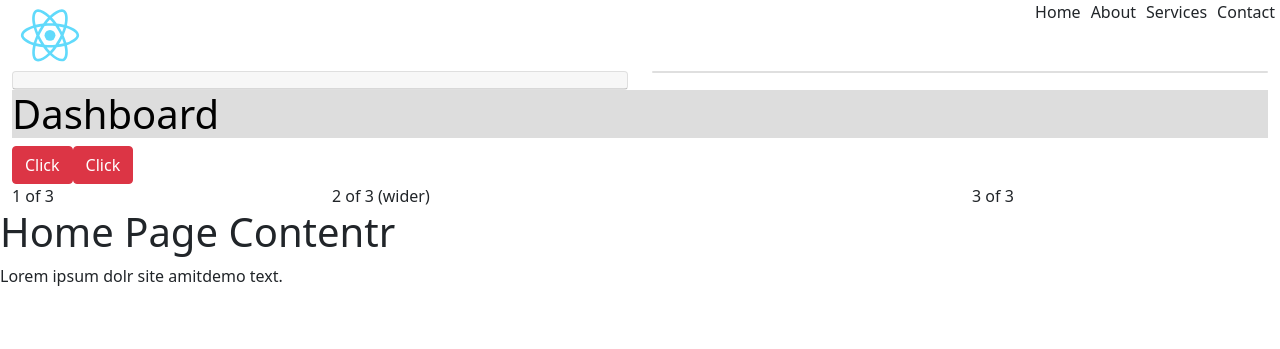
Repository: rudra319/react
Page: /
The author's editor kept a copy of each file at every save. The page is drawn from the files as they stood at one save, then again after the next save.
The browser window is 1280 px wide. The pictures show the whole page.
The project was rebuilt for these pictures with package versions that can differ from the ones it lists, and the page was loaded fresh each time. Also part of the build but not shown: src/App.css.

Above is the page before, as saved 2022-05-17 17:10:34.

After the next save:
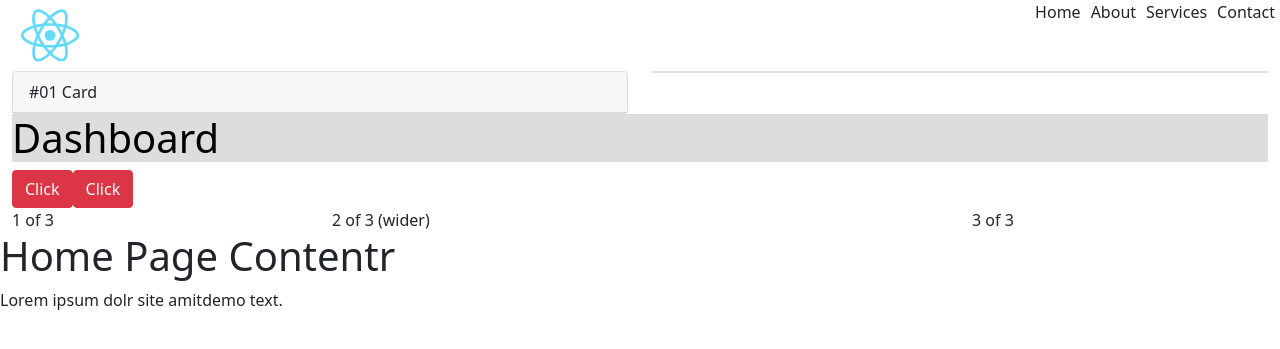
Saved 22 s later.
--- a/src/pages/dashboard/Chinmayee.jsx
+++ b/src/pages/dashboard/Chinmayee.jsx
@@ -17,7 +17,7 @@
                 <Col>
                     <Card>
                         <CardHeader>
-
+                            #01 Card
                         </CardHeader>
                     </Card>
                 </Col>
